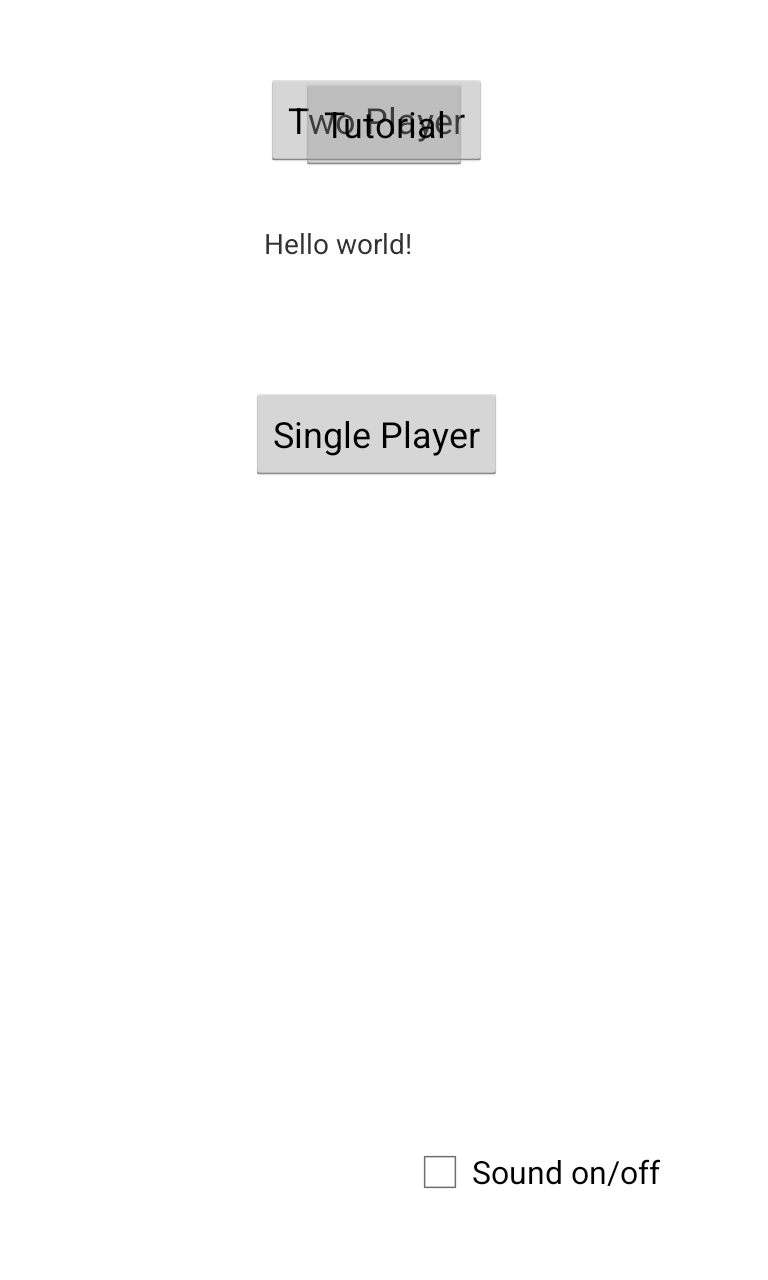
Repository: stekeller/sw14_free_10
Layout: Northcottz/res/layout/activity_home_screen.xml
These files come from the project's save history. The layout is drawn as it stood at one moment and after the next save; the edit follows.
It is drawn on a 768 x 1280 px phone screen (xhdpi) without system bars, with theme AppTheme; the app's code is not run.

Above is the layout before, as saved 2014-03-25 10:21:33.

After the next save:
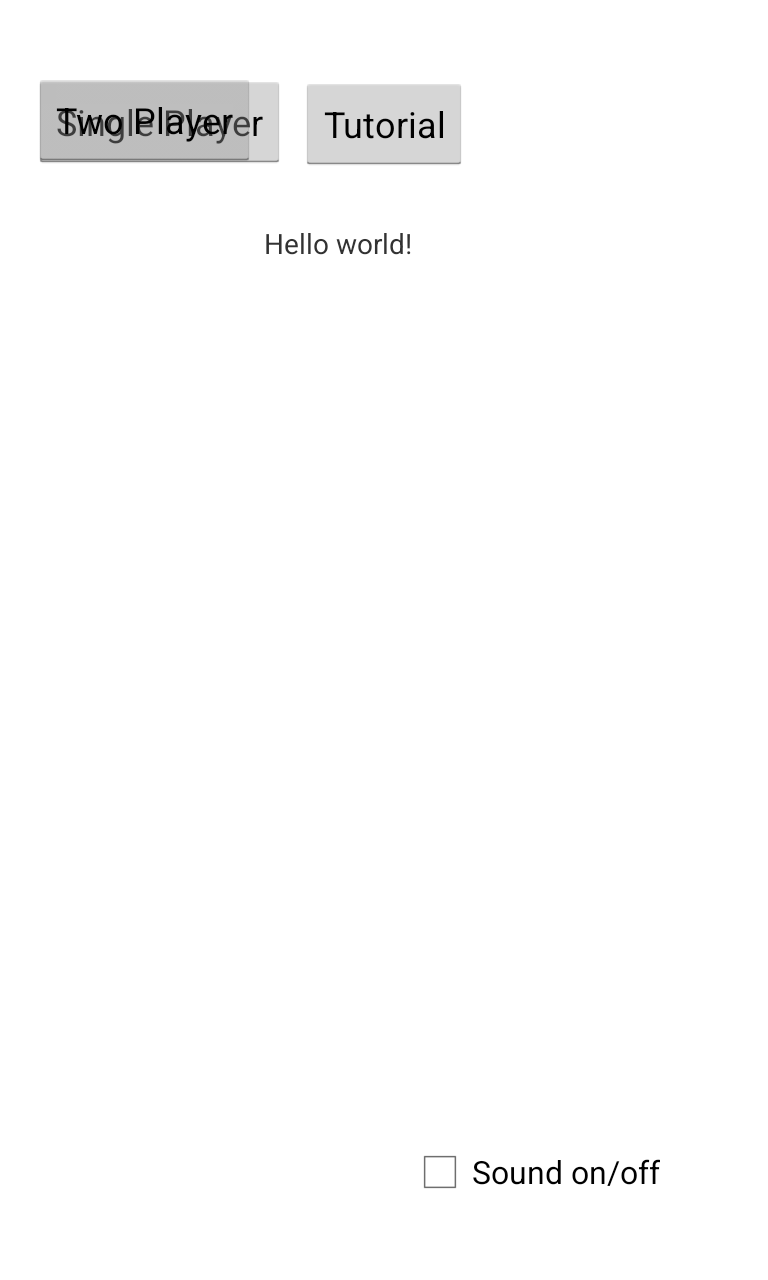
Saved 15 min 34 s later.
--- a/Northcottz/res/layout/activity_home_screen.xml
+++ b/Northcottz/res/layout/activity_home_screen.xml
@@ -9,7 +9,7 @@
     tools:context=".HomeScreen" >
 
     <TextView
-        android:id="@+id/textView1"
+        android:id="@+id/textViewTest"
         android:layout_width="120dip"
         android:layout_height="60dip"
         android:layout_alignParentTop="true"

After the save that followed:
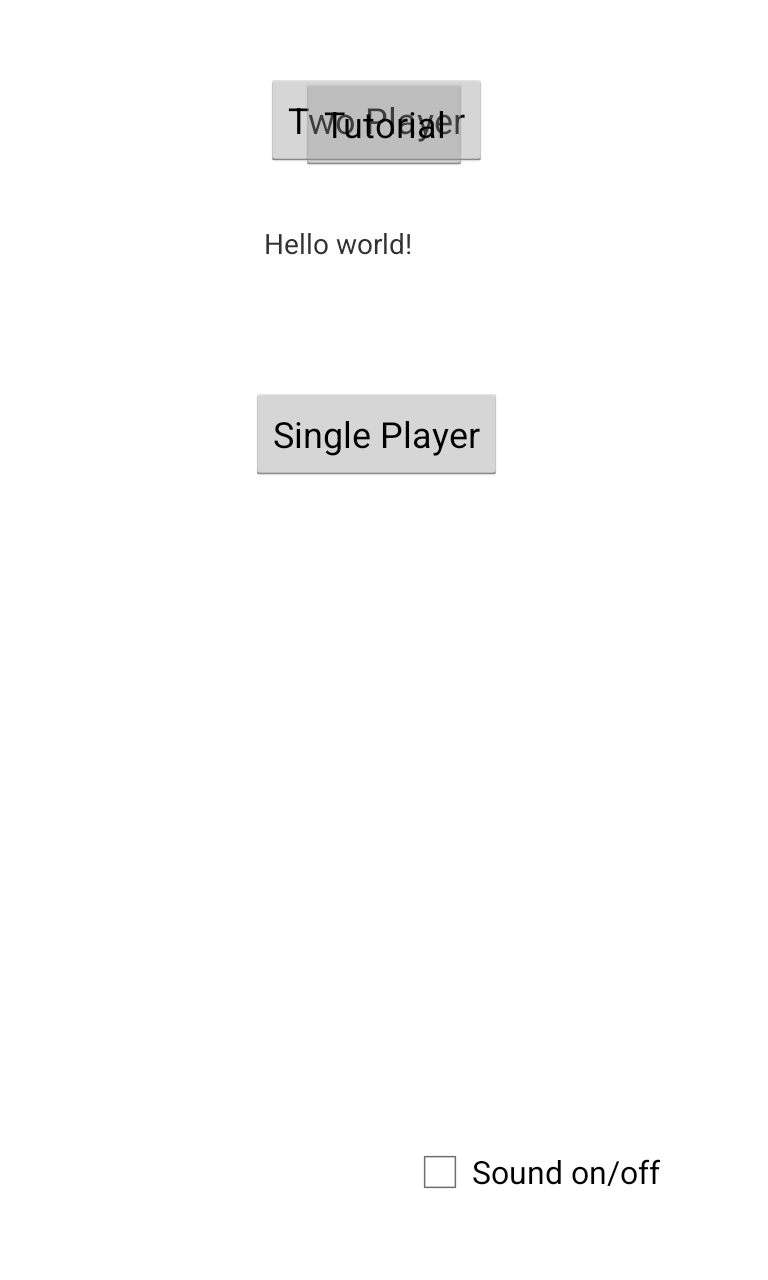
Saved 17 s later.
--- a/Northcottz/res/layout/activity_home_screen.xml
+++ b/Northcottz/res/layout/activity_home_screen.xml
@@ -9,7 +9,7 @@
     tools:context=".HomeScreen" >
 
     <TextView
-        android:id="@+id/textViewTest"
+        android:id="@+id/textView1"
         android:layout_width="120dip"
         android:layout_height="60dip"
         android:layout_alignParentTop="true"
